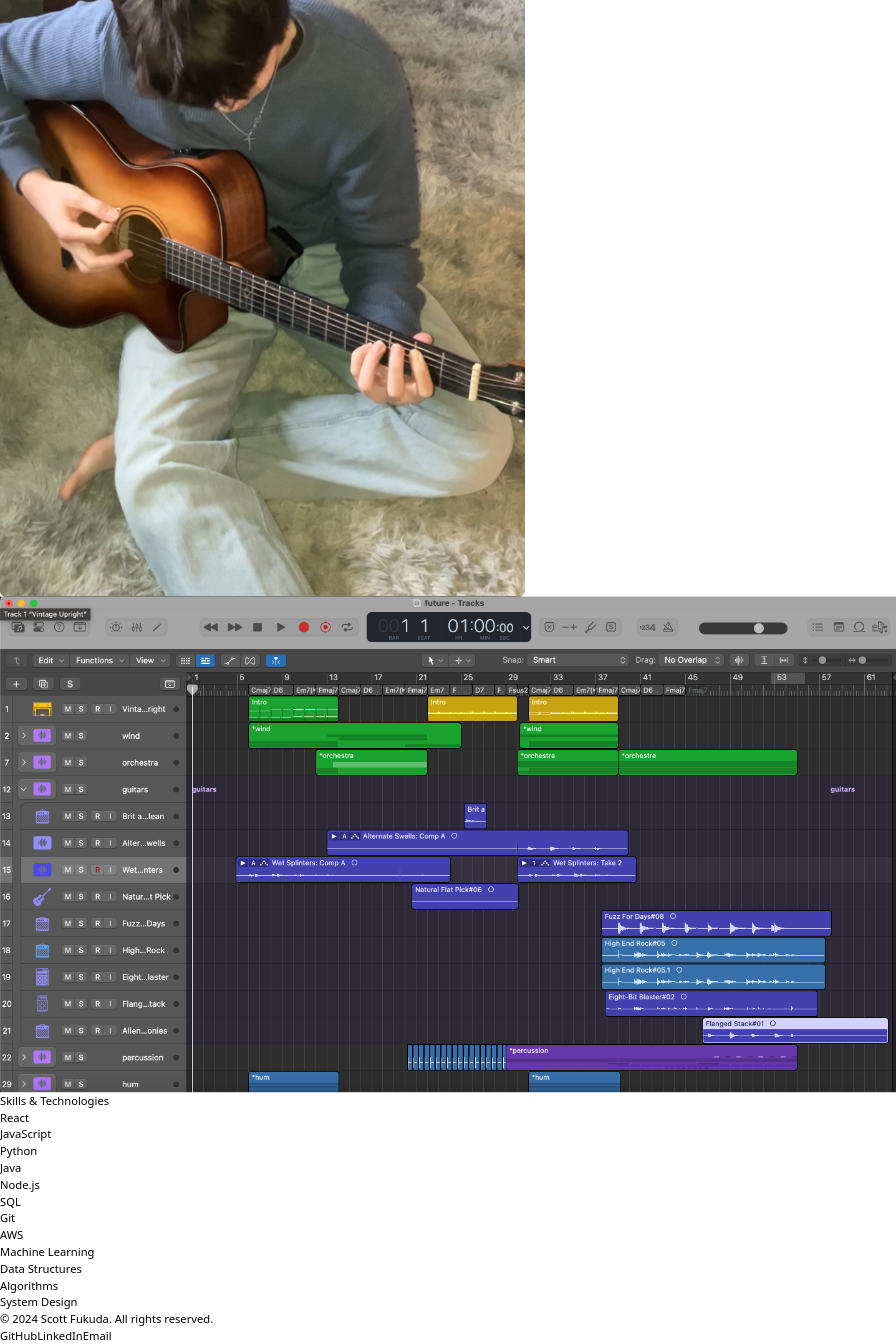
Repository: Scott-Fukuda/personalWebsite
Page: /about
The author's editor kept a copy of each file at every save. The page is drawn from the files as they stood at one save, then again after the next save.
The browser window is 1280 px wide. The pictures show the part of the page from y = 1936 to 3856 px (the page is 3856 px tall before and 3784 px after), at 70% of full size.
The project was rebuilt for these pictures with package versions that can differ from the ones it lists, and the page was loaded fresh each time. Some packages were replaced by stand-ins written for this rebuild. Also part of the build but not shown: vite.config.js, src/data/experiences.js, src/pages/Home.jsx.

Above is the page before, as saved 2025-08-27 21:55:23.

After the next save:
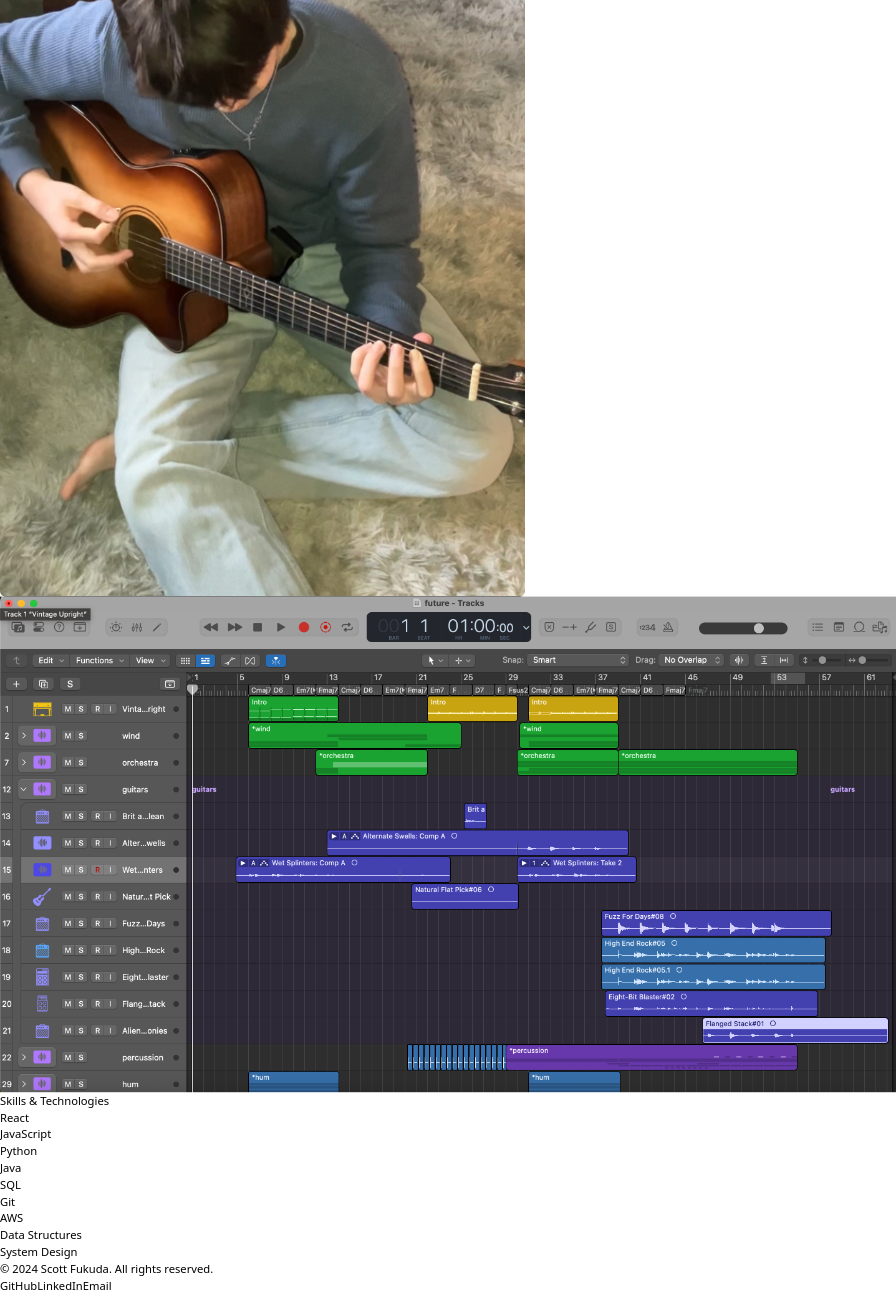
Saved 3 min 58 s later.
--- a/src/pages/About.jsx
+++ b/src/pages/About.jsx
@@ -129,9 +129,9 @@ export default function About() {
           <h2 className="text-2xl font-bold mb-6 text-center">Skills & Technologies</h2>
           <div className="grid grid-cols-2 md:grid-cols-4 gap-4">
             {[
-              "React", "JavaScript", "Python", "Java",
-              "Node.js", "SQL", "Git", "AWS",
-              "Machine Learning", "Data Structures", "Algorithms", "System Design"
+              "React", "JavaScript", "Python",
+              "Java", "SQL", "Git",
+              "AWS", "Data Structures", "System Design"
             ].map((skill, index) => (
               <div
                 key={skill}
